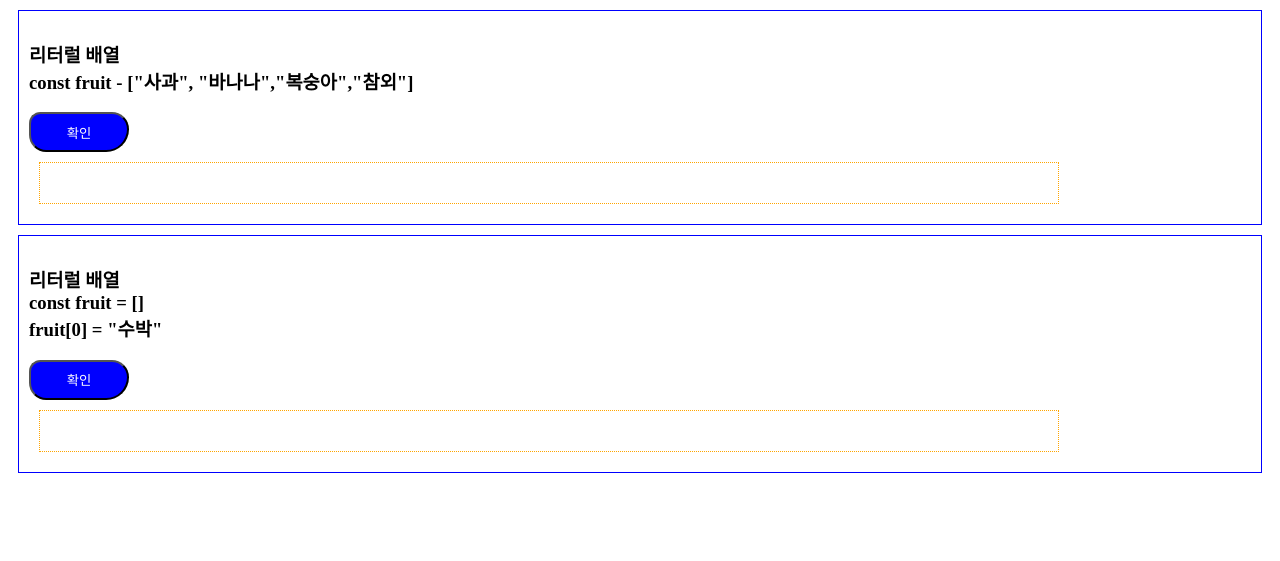
Repository: seonyeob94/BasicWeb
Page: webpro/src/main/webapp/0317/배열_test.html
An editor plug-in stored every save of this project. The page is shown before and after the next save, followed by the edit.
The browser window is 1280 px wide. The pictures show the whole page.

Above is the page before, as saved 2025-03-17 03:26:36.

### webpro/src/main/webapp/0317/배열_test.html
<!DOCTYPE html>
<html>
<head>
<meta charset="UTF-8">
<title>Insert title here</title>
<link rel="stylesheet" href="../css/public.css">
<script>

const proc1 = function(){
  const fruit = ["사과", "바나나","복숭아","참외"];
  console.log(fruit);

	//출력 함수 호출
	arrPrint(fruit, "result1")
}
//출력 함수
const arrPrint = function(fr, out){
// 	document.getElementById(out).innerText = fr;
	let str="";
	/* for(i=0; i<fr.length; i++){
		str += fr[i] + "&nbsp;&nbsp;&nbsp;"
	} */
	fr.forEach(function(ff){
		str += ff + "&nbsp;&nbsp;&nbsp;"
	})
	document.getElementById(out).innerHTML = str;
}

const proc2 = function(){

	const fruit = [];
	fruit[0] = "수박";
	fruit[1] = "파인애플";
	fruit[2] = "망고";
	fruit[3] = "딸기";
	fruit[4] = "자두";

	//출력 함수 호출
	arrPrint(fruit, 'result2');
}
</script>
</head>
<body>


<div class="box">
  <h3>리터럴 배열 <br>
    const fruit - ["사과", "바나나","복숭아","참외"]
  </h3>
  <input type="button" value="확인" onclick="proc1()">
  <br>
  <div id="result1"></div>
</div>

<div class="box">
  <h3>리터럴 배열 <br>
    const fruit = []<br>
    fruit[0] = "수박"
  </h3>
  <input type="button" value="확인" onclick="proc2()">
  <br>
  <div id="result2"></div>
</div>

</body>
</html>

### webpro/src/main/webapp/css/public.css
@charset "UTF-8";

form {
	background: red;
	border: 10px solid yellow;
}

.box{
	border : 1px solid blue;
	margin : 10px;
	padding : 10px;

}
.box input[type=button]{

	width : 100px;
	height : 40px;
	background : blue;
	color : white;
	border-radius: 40px 60px 80px;
}

.box div{
	border : 1px dotted orange;
	width : 80%;
	padding : 20px;
	margin : 10px;
}

After the next save:
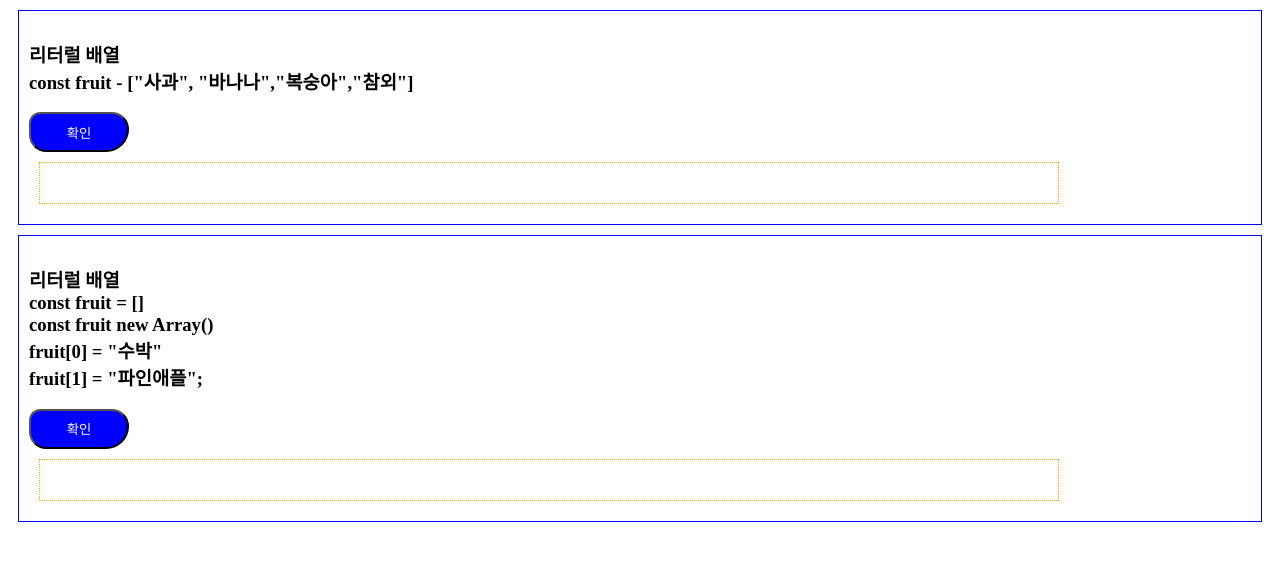
Saved 4 min 38 s later.
--- a/webpro/src/main/webapp/0317/배열_test.html
+++ b/webpro/src/main/webapp/0317/배열_test.html
@@ -55,7 +55,9 @@ const proc2 = function(){
 <div class="box">
   <h3>리터럴 배열 <br>
     const fruit = []<br>
-    fruit[0] = "수박"
+    const fruit new Array()<br>
+    fruit[0] = "수박"<br>
+	fruit[1] = "파인애플";<br>
   </h3>
   <input type="button" value="확인" onclick="proc2()">
   <br>
